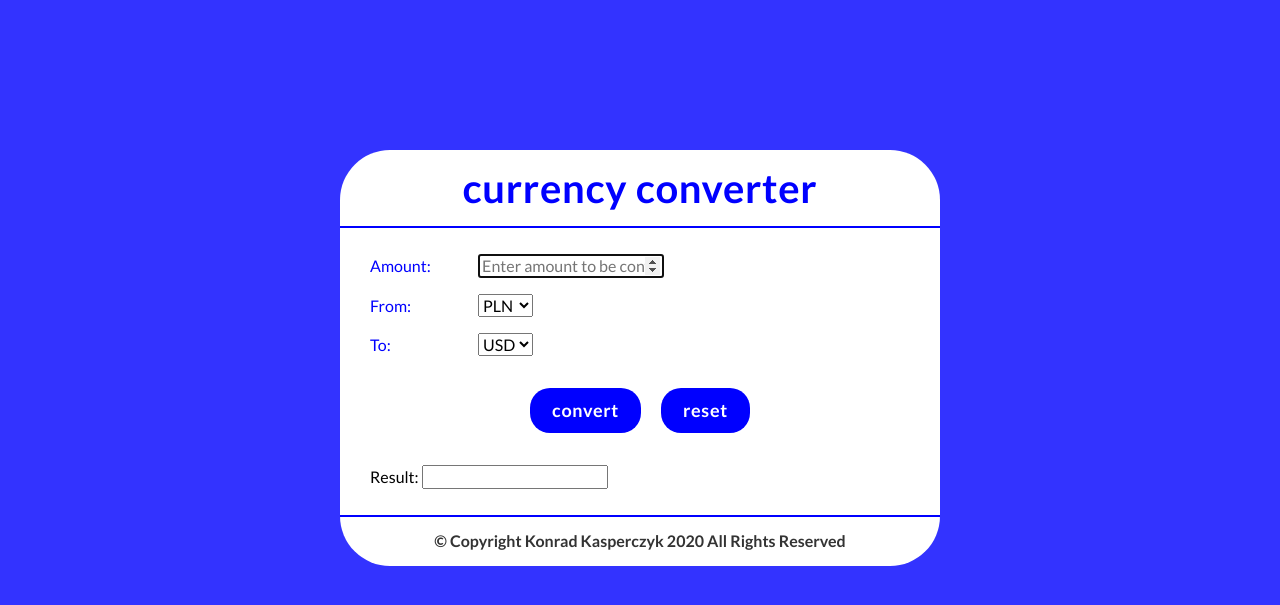
Repository: kkasperczyk/currency-converter
Page: index.html
The author's editor kept a copy of each file at every save. The page is drawn from the files as they stood at one save, then again after a run of saves.
The browser window is 1280 px wide. The pictures show the whole page.

Above is the page before, as saved 2020-06-16 13:22:48.

After the next 3 saves:
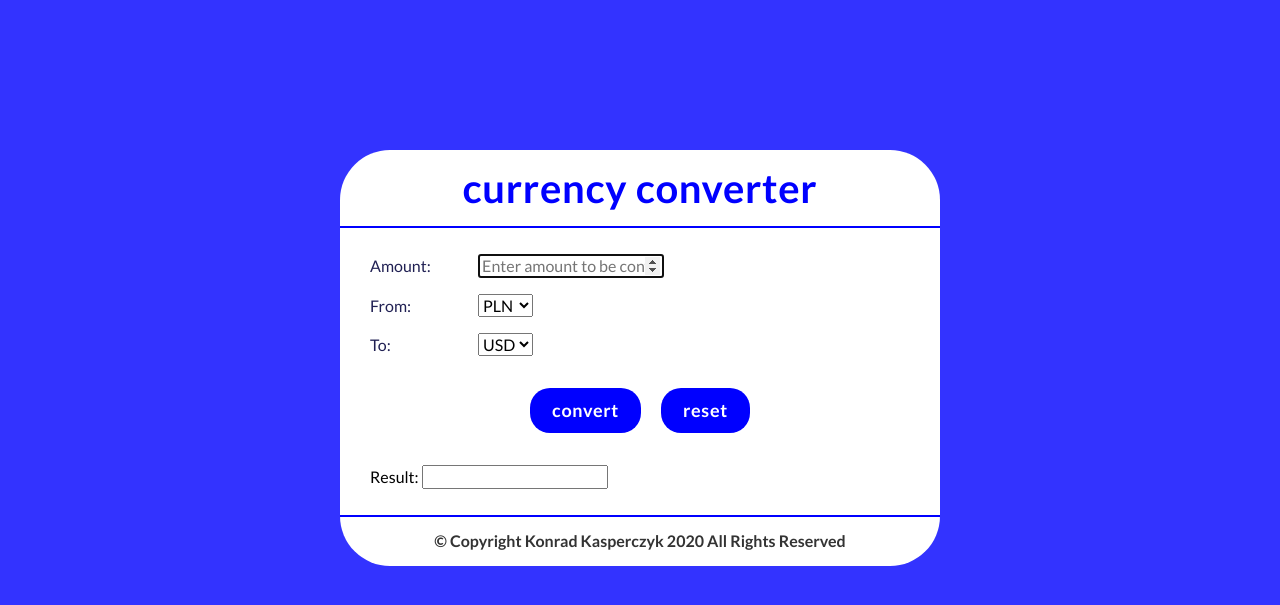
The 3 saves are shown as one change because they came seconds apart.
The last was saved 13 s later.
--- a/css/form.css
+++ b/css/form.css
@@ -2,7 +2,7 @@
     display: inline-block;
     width: 100px;
     margin-right: 5px;
-    color: blue;
+    color: rgb(32, 32, 83);
 }
 
 .form__buttons {
